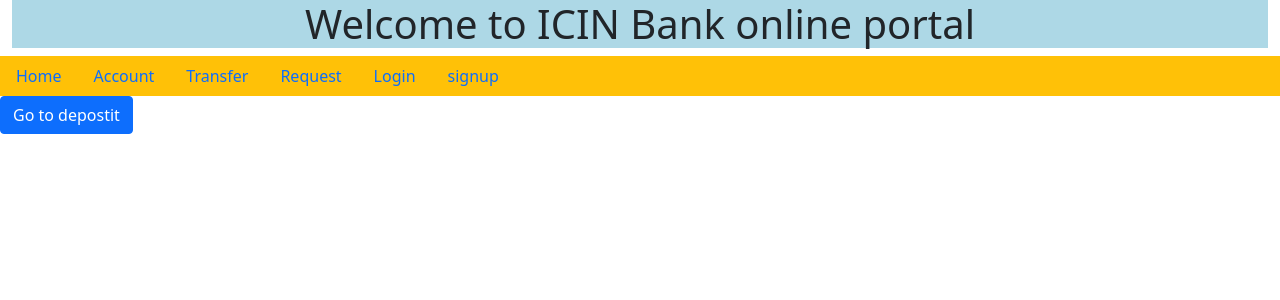
Repository: jha6435/phase3Revision
Page: http://localhost/IcinHome
These files come from the project's save history. The page is drawn as it stood at one moment and after the next save; the edit follows.
The browser window is 1280 px wide. The pictures show the whole page.
The page is this project's Thymeleaf template; nobody is signed in. The template is opened directly, without the code that normally fills it, so the values that code supplies are empty.

Above is the page before, as saved 2023-07-05 13:24:58.

### ICIN_Banking_Project/src/main/resources/templates/IcinHome.html
<html lang="en">
<head>
    <meta charset="UTF-8">
    <meta name="viewport" content="width=device-width, initial-scale=1.0">
    <title>Document</title>

    <link href="https://cdn.jsdelivr.net/npm/bootstrap@5.0.2/dist/css/bootstrap.min.css" rel="stylesheet" integrity="sha384-EVSTQN3/azprG1Anm3QDgpJLIm9Nao0Yz1ztcQTwFspd3yD65VohhpuuCOmLASjC" crossorigin="anonymous">
<style>
    h1{text-align: center;background-color: lightblue;width: auto;}
</style>
</head>
<body>
   <div class="container-fluid">
    <h1>Welcome to ICIN Bank online portal</h1>
    <div class="row">
       <ul class="nav navbar-light bg-warning">
  <li class="nav-item">
    <a class="nav-link active" aria-current="page" href="home">Home</a>
  </li>
  <li class="nav-item">
    <a class="nav-link" href="account">Account</a>
  </li>
  <li class="nav-item">
    <a class="nav-link" href="#">Transfer</a>
  </li>
  <li class="nav-item">
    <a class="nav-link" href="request">Request</a>
  </li>
  <li class="nav-item">
    <a class="nav-link" href="login">Login</a>
  </li>
  <li class="nav-item">
    <a class="nav-link" href="register">signup</a>
  </li>
</ul>
    </div>
   </div>
   <div>
   <buttone class="btn btn-primary" type="button">Go to depostit</button>
   </div>
</body>
</html>

After the next save:
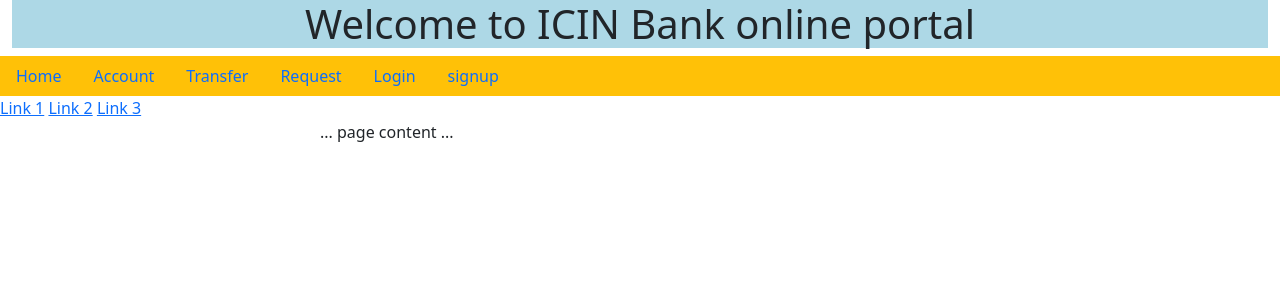
Saved 3 min 14 s later.
--- a/ICIN_Banking_Project/src/main/resources/templates/IcinHome.html
+++ b/ICIN_Banking_Project/src/main/resources/templates/IcinHome.html
@@ -35,8 +35,14 @@
 </ul>
     </div>
    </div>
-   <div>
-   <buttone class="btn btn-primary" type="button">Go to depostit</button>
-   </div>
+   <div class="w3-sidebar w3-bar-block" style="width:25%">
+  <a href="#" class="w3-bar-item w3-button">Link 1</a>
+  <a href="#" class="w3-bar-item w3-button">Link 2</a>
+  <a href="#" class="w3-bar-item w3-button">Link 3</a>
+</div>
+
+<div style="margin-left:25%">
+... page content ...
+</div>
 </body>
 </html>
